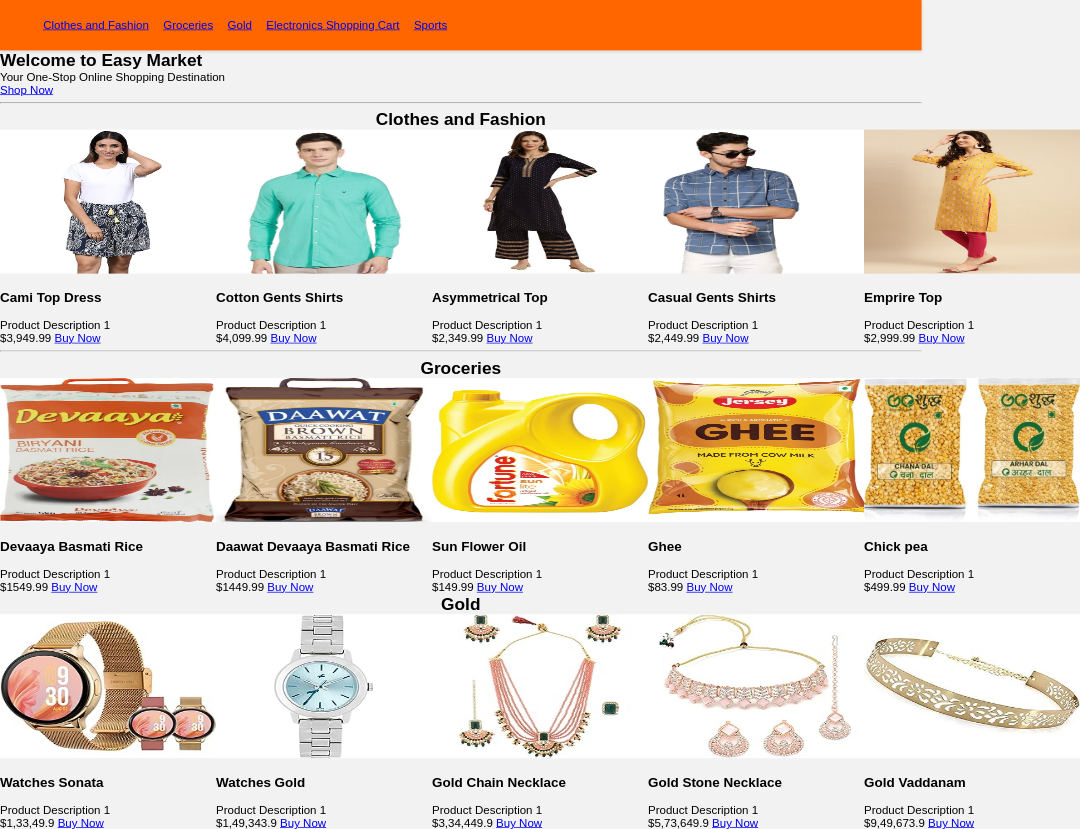
Repository: Maheshbabur789/BookStore
Page: http://localhost/OnlineMarketing/ownWeb.jsp
These files come from the project's save history. The page is drawn as it stood at one moment and after the next save; the edit follows.
The browser window is 1280 px wide. The page is 1500 px wide, so the pictures cover 1500 px, including what lies to the right of the window. The pictures show the whole page, at 72% of full size.
The page is served by Tomcat 9. Other server files are loaded and not shown.

Above is the page before, as saved 2024-11-07 12:55:57.

### MyLabs/OnlineMarketing/src/main/webapp/ownWeb.jsp
<%@ page language="java" contentType="text/html; charset=UTF-8"
    pageEncoding="UTF-8"%>
<!DOCTYPE html>
<html>
<head>
<meta charset="UTF-8">
<title>Easy Market - Online Shopping</title>
<style>
body, h1, h2, p {
    margin: 0;
    padding: 0;
}
body {
    background-color: #f2f2f2;
    font-family: Arial, sans-serif;
}
    header {
    background-color: #ff6600; /* Change this color to your desired header background color */
    box-shadow: 0 2px 4px rgba(0, 0, 0, 0.1);

    nav {
    display: flex;
    justify-content: space-between;
    align-items: center;
    padding: 10px 20px;
}
nav ul {

    list-style: none;
    display: flex;
}
nav li {
    margin-right: 20px;
}
.hero {
    background-color: #fff;
    padding: 40px;
    text-align: center;
}
.hero h1 {
    font-size: 36px;
    margin-bottom: 10px;
}

.hero p {
    font-size: 18px;
    color: #777;
    margin-bottom: 20px;
}
.cta-button {
    display: inline-block;
    padding: 10px 20px;
    background-color: #ff6600;
    color: #fff;
    text-decoration: none;
    font-weight: bold;
    border-radius: 4px;
}

}
</style>
</head>
<body>
 <header>
        <nav>
            <ul>
                <li><a href="#products">Clothes and Fashion</a></li>
                <li><a href="#categories">Groceries</a></li>
                <li><a href="#deals">Gold</a></li>
                <li><a href="#cart">Electronics Shopping Cart</a></li>
                <li><a href="#cart">Sports</a></li>
            </ul>
        </nav>
    </header>
      <section class="hero">
        <div class="hero-content">
            <h1>Welcome to Easy Market</h1>
            <p>Your One-Stop Online Shopping Destination</p>
            <a href="#products" class="cta-button">Shop Now</a>
        </div>

    </section>
    <hr>
    <h2 style="text-align: center;">Clothes and Fashion</h2>
    <div class="product-container">
    <section id="products" class="products" style="display: flex;">

    <div class="product-card highlights">
			    <img src="Cami-Top.jpg" alt="Sample Image" width="300" height="200">
			    <h3>Cami Top Dress</h3>
			    <p>Product Description 1</p>
			    <span class="price">$3,949.99</span>
			    <a href="class="add-to-cart">Buy Now</a>
			</div>
			<div class="product-card highlights">
			    <img src="Cotton-Shirts.jpg" alt="Sample Image" width="300" height="200">
			    <h3>Cotton Gents Shirts</h3>
			    <p>Product Description 1</p>
			    <span class="price">$4,099.99</span>
			    <a href="http://localhost/php-practice/praveen/site/flipkart_form.php" class="add-to-cart">Buy Now</a>
			</div>
			<div class="product-card highlights">
			    <img src="women dress.jpg" alt="Sample Image" width="300" height="200">
			    <h3>Asymmetrical Top</h3>
			    <p>Product Description 1</p>
			    <span class="price">$2,349.99</span>
			    <a href="http://localhost/php-practice/praveen/site/amazon_form.php" class="add-to-cart">Buy Now</a>
			</div>
			<div class="product-card highlights">
			    <img src="Shirt.jpg" alt="Product 1" width="300" height="200">
			    <h3>Casual Gents Shirts</h3>
			    <p>Product Description 1</p>
			    <span class="price">$2,449.99</span>
			    <a href="http://localhost/php-practice/praveen/site/amazon_form.php" class="add-to-cart">Buy Now</a>
			</div>
			<div class="product-card highlights">
			    <img src="WhatsApp Image 2023-10-12 at 12.32.29_75f8371e.jpg" alt="Product 1" width="300" height="200">
			    <h3>Emprire Top</h3>
			    <p>Product Description 1</p>
			    <span class="price">$2,999.99</span>
			    <a href="http://localhost/php-practice/praveen/site/amazon_form.php" class="add-to-cart">Buy Now</a>
			</div>
			</section>
    </div>
    <hr>
    <h2 style="text-align: center;">Groceries</h2>
    <div class="product-container">
    <section id="categories" class="categories" style="display: flex;">
    <div class="product-card highlights">
			    <img src="WhatsApp Image 2023-10-12 at 12.20.49_4b5a0d76.jpg" alt="Product 1" width="300" height="200">
			    <h3>Devaaya Basmati Rice</h3>
			    <p>Product Description 1</p>
			    <span class="price">$1549.99</span>
			    <a href="http://localhost/php-practice/praveen/site/flipkart_form.php" class="add-to-cart">Buy Now</a>
			</div>
			<div class="product-card highlights">
			    <img src="WhatsApp Image 2023-10-12 at 12.20.49_08043506.jpg" alt="Product 1" width="300" height="200">
			    <h3>Daawat Devaaya Basmati Rice</h3>
			    <p>Product Description 1</p>
			    <span class="price">$1449.99</span>
			    <a href="http://localhost/php-practice/praveen/site/amazon_form.php" class="add-to-cart">Buy Now</a>
			</div>
			<div class="product-card highlights">
			    <img src="WhatsApp Image 2023-10-12 at 12.20.50_84bd821d.jpg" alt="Product 1" width="300" height="200">
			    <h3>Sun Flower Oil</h3>
			    <p>Product Description 1</p>
			    <span class="price">$149.99</span>
			    <a href="http://localhost/php-practice/praveen/site/amazon_form.php" class="add-to-cart">Buy Now</a>
			</div>
			<div class="product-card highlights">
			    <img src="WhatsApp Image 2023-10-12 at 12.20.50_c18f54da.jpg" alt="Product 1" width="300" height="200">
			    <h3>Ghee</h3>
			    <p>Product Description 1</p>
			    <span class="price">$83.99</span>
			    <a href="http://localhost/php-practice/praveen/site/amazon_form.php" class="add-to-cart">Buy Now</a>
			</div>
			<div class="product-card highlights">
			    <img src="WhatsApp Image 2023-10-12 at 12.20.51_60fa72fc.jpg" alt="Product 1" width="300" height="200" >
			    <h3>Chick pea</h3>
			    <p>Product Description 1</p>
			    <span class="price">$499.99</span>
			    <a href="http://localhost/php-practice/praveen/site/flipkart_form.php" class="add-to-cart">Buy Now</a>
			</div>
			</section>
			</div>
			<h2 style="text-align: center;">Gold</h2>
    <div class="product-container">
    <section id="deals" class="categories" style="display: flex;">
        <!-- Within the products or categories section, add product cards -->
			<div class="product-card highlights">
			    <img src="71y+f6r75tL._AC_SS260_.jpg" alt="Product 1" width="300" height="200">
			    <h3>Watches Sonata</h3>
			    <p>Product Description 1</p>
			    <span class="price">$1,33,49.9</span>
			    <a href="http://localhost/php-practice/praveen/site/amazon_form.php" class="add-to-cart">Buy Now</a>
			</div>
			<div class="product-card highlights">
			    <img src="71OKNZr3SmL._AC_SS260_.jpg" alt="Product 1" width="300" height="200">
			    <h3>Watches Gold</h3>
			    <p>Product Description 1</p>
			    <span class="price">$1,49,343.9</span>
			    <a href="http://localhost/php-practice/praveen/site/flipkart_form.php" class="add-to-cart">Buy Now</a>
			</div>
			<div class="product-card highlights">
			    <img src="71TI3XtIIPL._AC_SS260_.jpg" alt="Product 1" width="300" height="200">
			    <h3>Gold Chain Necklace</h3>
			    <p>Product Description 1</p>
			    <span class="price">$3,34,449.9</span>
			    <a href="http://localhost/php-practice/praveen/site/flipkart_form.php" class="add-to-cart">Buy Now</a>
			</div>
			<div class="product-card highlights">
			    <img src="71A1uqwKSdL._AC_SS260_.jpg" alt="Product 1" width="300" height="200">
			    <h3>Gold Stone Necklace</h3>
			    <p>Product Description 1</p>
			    <span class="price">$5,73,649.9</span>
			    <a href="http://localhost/php-practice/praveen/site/amazon_form.php" class="add-to-cart">Buy Now</a>
			</div>
			<div class="product-card highlights">
			    <img src="Bangle.jpg" alt="Product 1" width="300" height="200">
			    <h3>Gold Vaddanam</h3>
			    <p>Product Description 1</p>
			    <span class="price">$9,49,673.9</span>
			    <a href="http://localhost/php-practice/praveen/site/flipkart_form.php" class="add-to-cart">Buy Now</a>
			</div>
    </section>
    </div>
</body>
</html>

After the next save:
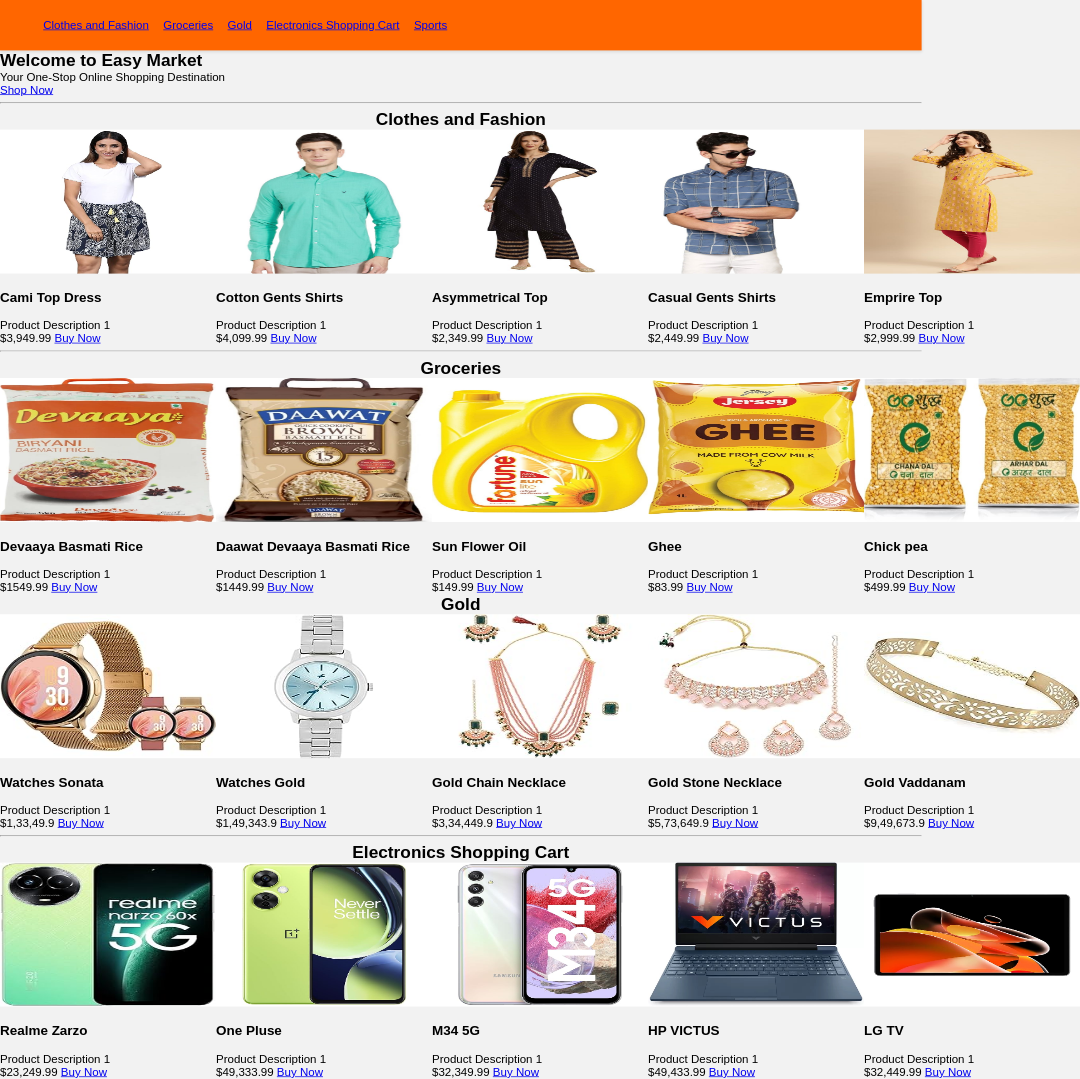
Saved 3 min 14 s later.
--- a/MyLabs/OnlineMarketing/src/main/webapp/ownWeb.jsp
+++ b/MyLabs/OnlineMarketing/src/main/webapp/ownWeb.jsp
@@ -204,5 +204,47 @@
 			</div>
     </section>
     </div>
+    <hr>
+    <h2 style="text-align: center;">Electronics Shopping Cart</h2>
+    <div class="product-container">
+    <section id="cart" class="cart" style="display: flex;">
+        <div class="product-card highlights">
+			    <img src="41tSQSq1xJL._AC_UF334,334_FMjpg_.jpg" alt="Product 1" width="300" height="200">
+			    <h3>Realme Zarzo</h3>
+			    <p>Product Description 1</p>
+			    <span class="price">$23,249.99</span>
+			    <a href="http://localhost/php-practice/praveen/site/amazon_form.php" class="add-to-cart">Buy Now</a>
+			</div>
+			<div class="product-card highlights">
+			    <img src="WhatsApp Image 2023-10-12 at 12.10.07_33d977fc.jpg" alt="Product 1" width="300" height="200">
+			    <h3>One Pluse</h3>
+			    <p>Product Description 1</p>
+			    <span class="price">$49,333.99</span>
+			    <a href="http://localhost/php-practice/praveen/site/amazon_form.php" class="add-to-cart">Buy Now</a>
+			</div>
+			<div class="product-card highlights">
+			    <img src="WhatsApp Image 2023-10-12 at 12.10.07_32b59303.jpg" alt="Product 1" width="300" height="200">
+			    <h3>M34 5G</h3>
+			    <p>Product Description 1</p>
+			    <span class="price">$32,349.99</span>
+			    <a href="http://localhost/php-practice/praveen/site/amazon_form.php" class="add-to-cart">Buy Now</a>
+			</div>
+			<div class="product-card highlights">
+			    <img src="WhatsApp Image 2023-10-12 at 12.10.08_5e0f1e7e.jpg" alt="Product 1" width="300" height="200">
+			    <h3>HP VICTUS</h3>
+			    <p>Product Description 1</p>
+			    <span class="price">$49,433.99</span>
+			    <a href="http://localhost/php-practice/praveen/site/flipkart_form.php" class="add-to-cart">Buy Now</a>
+			</div>
+			<div class="product-card highlights">
+			    <img src="WhatsApp Image 2023-10-12 at 12.10.08_a468dd33.jpg" alt="Product 1" width="300" height="200">
+			    <h3>LG TV</h3>
+			    <p>Product Description 1</p>
+			    <span class="price">$32,449.99</span>
+			    <a href="http://localhost/php-practice/praveen/site/flipkart_form.php" class="add-to-cart">Buy Now</a>
+			</div>
+
+    </section>
+	</div>
 </body>
 </html>
